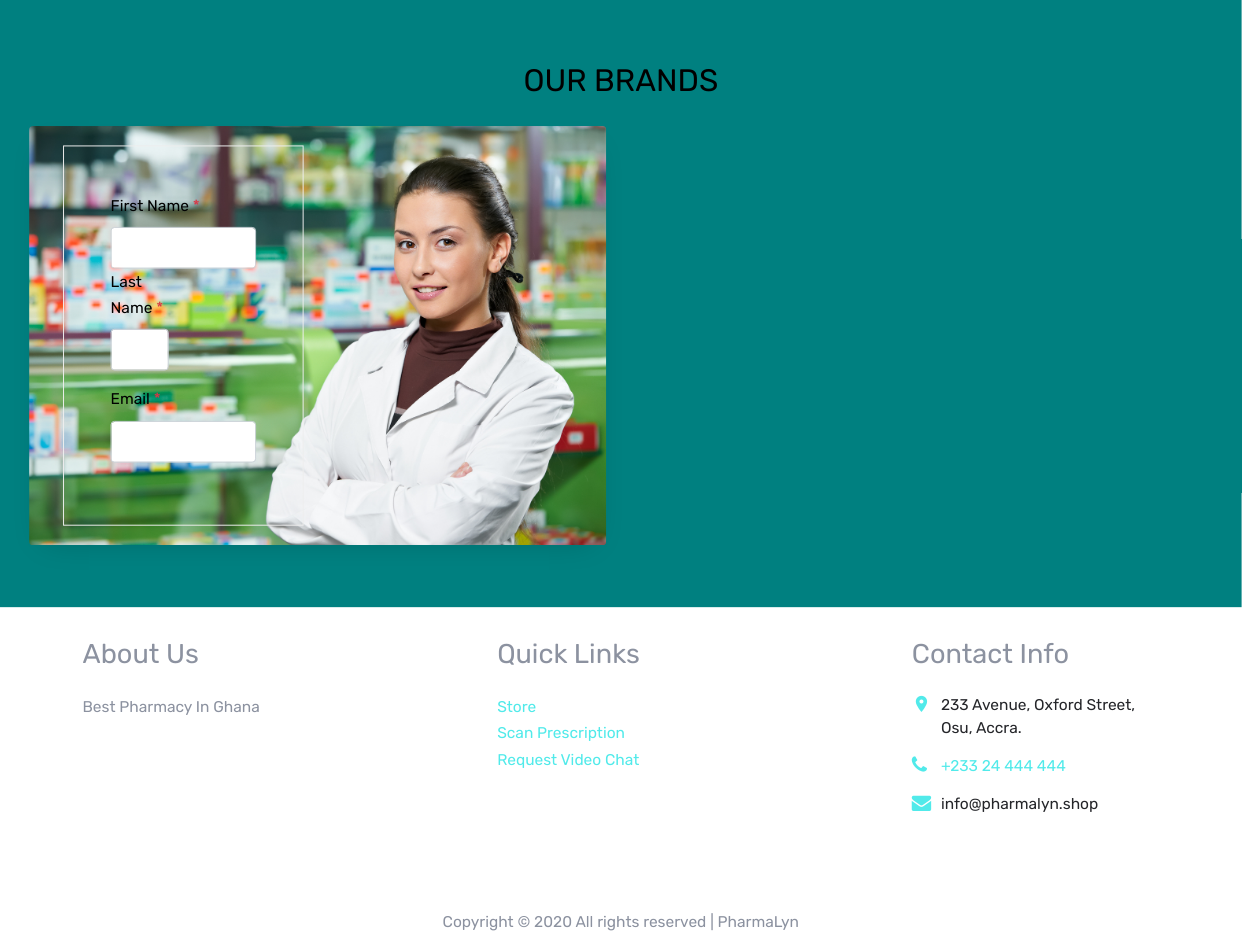
Repository: Nat-A/finalyearproject
Page: pharma/index - Copy.html
An editor plug-in stored every save of this project. The page is shown before and after the next save, followed by the edit.
The browser window is 1280 px wide. The pictures show the part of the page from y = 802 to 1782 px (the page is 1782 px tall), at 97% of full size.

Above is the page before, as saved 2020-06-03 12:51:23.

After the next save:
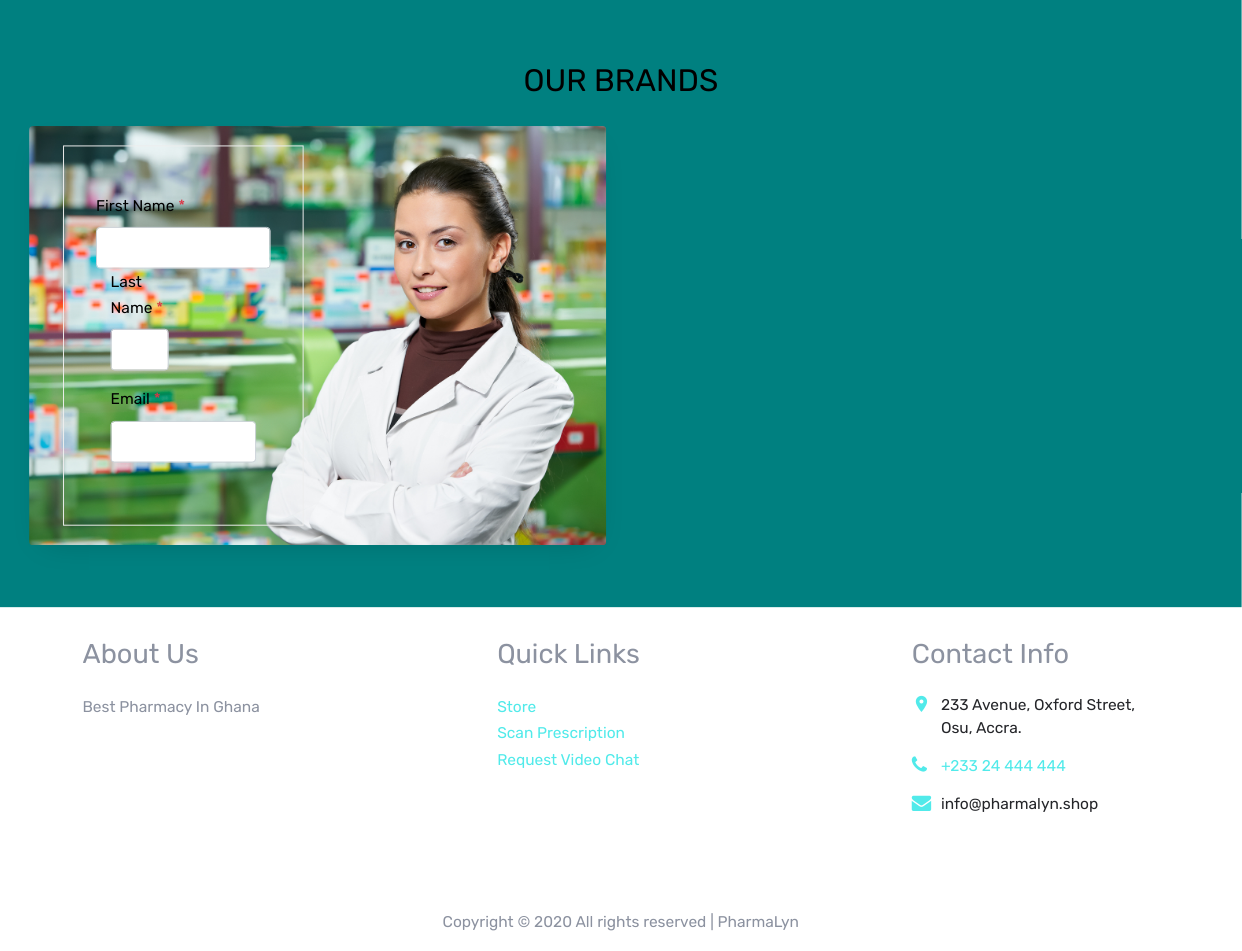
Saved 5 s later.
--- a/pharma/index - Copy.html
+++ b/pharma/index - Copy.html
@@ -120,7 +120,7 @@
 
                                     <div class="p-3 p-lg-5 border">
                                         <div class="form-group row">
-                                            <div class="col-md-12">
+                                            <div class="col-md-">
                                                 <label for="c_fname" class="text-black">First Name <span class="text-danger">*</span></label>
                                                 <input type="text" class="form-control" id="c_fname" name="c_fname">
                                             </div>
